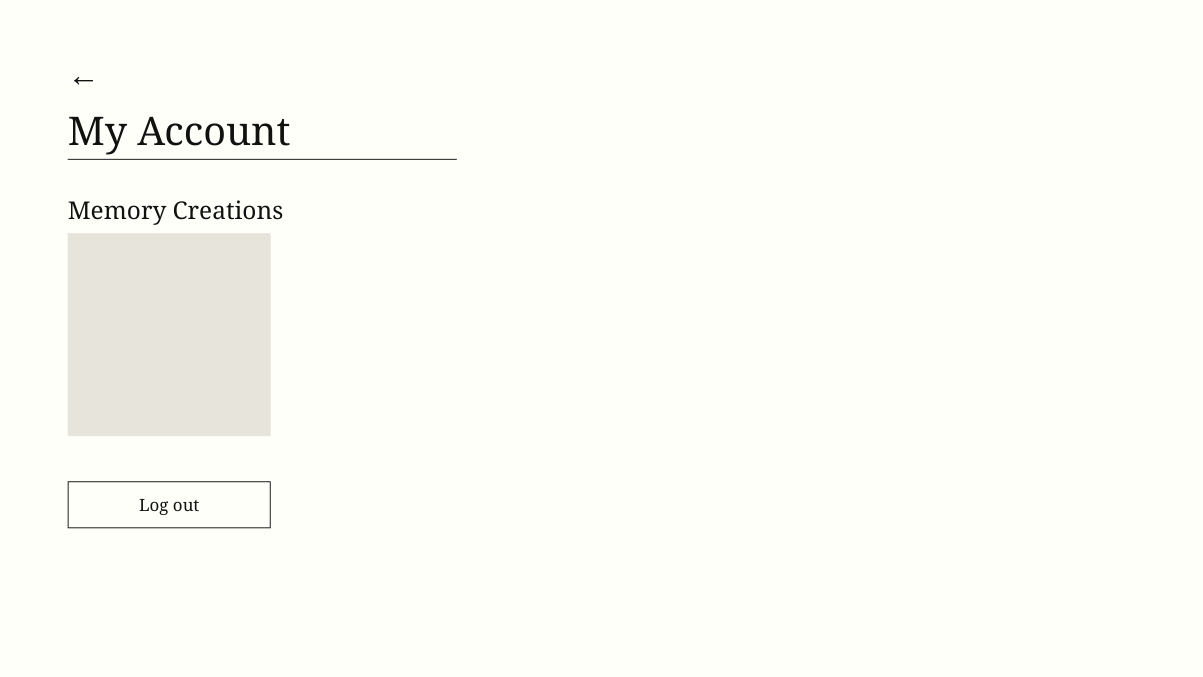
Repository: doagunes/Sillage
Page: /account
These files come from the project's save history. The page is drawn as it stood at one moment and after the next save; the edit follows.
The browser window is 1280 px wide. The pictures show the whole page, at 94% of full size.
The project was rebuilt for these pictures with package versions that can differ from the ones it lists, and the page was loaded fresh each time. Also part of the build but not shown: vite.config.js, src/pages/SignUp.css, src/pages/SignUp.jsx, src/pages/Login.css, src/pages/Login.jsx, src/pages/Home.jsx, src/pages/About.css, src/pages/About.jsx and 11 more.

Above is the page before, as saved 2026-05-24 16:45:06.

After the next save:
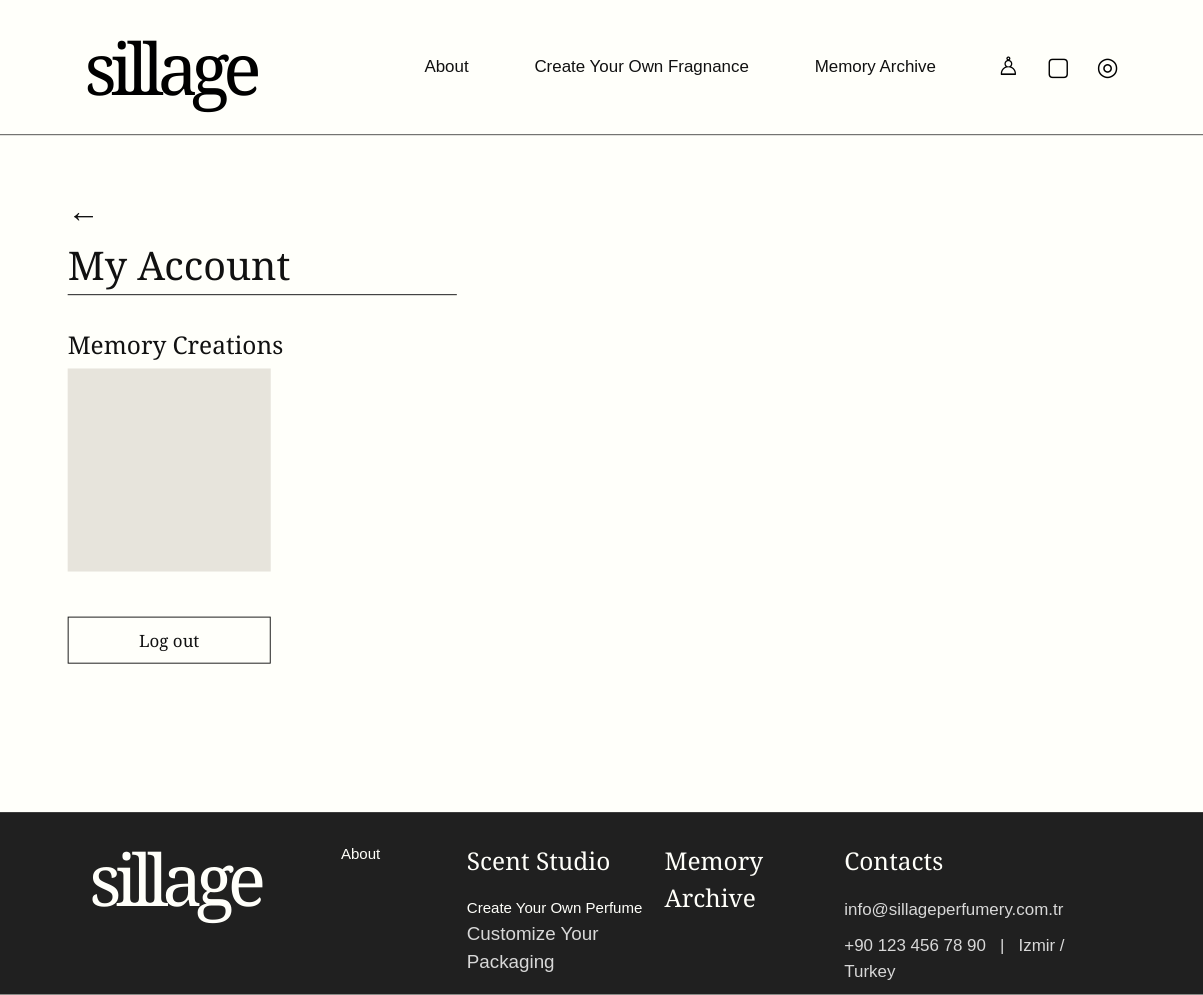
Saved 57 s later.
--- a/src/pages/Account.jsx
+++ b/src/pages/Account.jsx
@@ -1,8 +1,8 @@
 import { useNavigate } from "react-router-dom";
+import Navbar from "../components/Navbar";
+import Footer from "../components/Footer";
 import { useAuth } from "../context/AuthContext";
 import "./Account.css";
-import Navbar from "../components/Navbar";
-import Footer from "../components/Footer";
 
 function Account() {
   const navigate = useNavigate();
@@ -14,27 +14,33 @@ function Account() {
   };
 
   return (
-    <main className="account-page">
-      <button className="account-back" onClick={() => navigate(-1)}>
-        ←
-      </button>
+    <div className="account-wrapper">
+      <Navbar />
 
-      <section className="account-content">
-        <h1>My Account</h1>
+      <main className="account-page">
+        <button className="account-back" onClick={() => navigate(-1)}>
+          ←
+        </button>
 
-        <div className="account-line"></div>
+        <section className="account-content">
+          <h1>My Account</h1>
 
-        <h2>Memory Creations</h2>
+          <div className="account-line"></div>
 
-        <div className="memory-creations-grid">
-          <div className="memory-creation-card"></div>
-        </div>
+          <h2>Memory Creations</h2>
 
-        <button className="account-logout" onClick={handleLogout}>
-          Log out
-        </button>
-      </section>
-    </main>
+          <div className="memory-creations-grid">
+            <div className="memory-creation-card"></div>
+          </div>
+
+          <button className="account-logout" onClick={handleLogout}>
+            Log out
+          </button>
+        </section>
+      </main>
+
+      <Footer />
+    </div>
   );
 }
 
